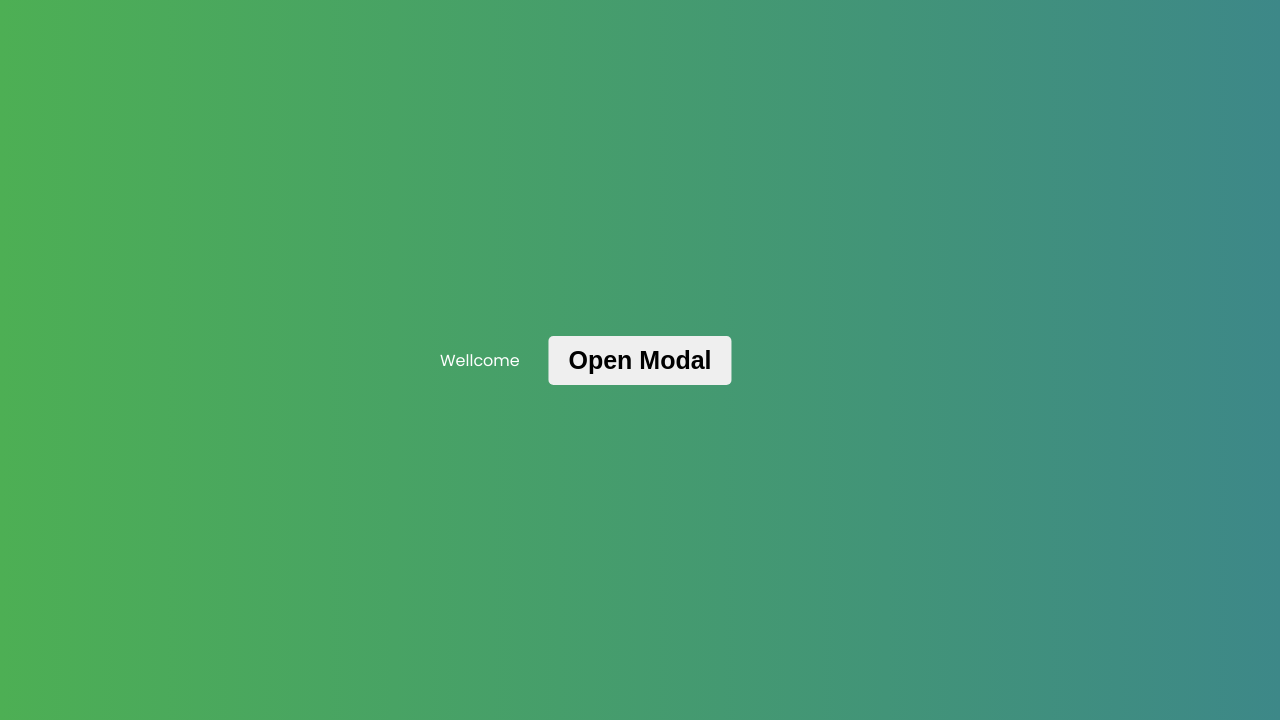
Repository: congnt98/Lean-javascript-in-project
Page: 30Days/3_Modal/index.html
These files come from the project's save history. The page is drawn as it stood at one moment and after a run of saves; the edit follows.
The browser window is 1280 px wide. The pictures show the whole page.

Above is the page before, as saved 2024-02-16 16:33:13.

### 30Days/3_Modal/index.html
<!DOCTYPE html>
<html lang="en">

<head>
    <meta charset="UTF-8">
    <meta name="viewport" content="width=device-width, initial-scale=1.0">
    <title>Product Card</title>
    <link rel="stylesheet" href="./style.css">
    <link href='https://unpkg.com/boxicons@2.1.4/css/boxicons.min.css' rel='stylesheet'>
    <link
        href="https://fonts.googleapis.com/css2?family=Poppins:ital,wght@0,100;0,200;0,300;0,400;0,500;0,600;0,700;0,800;0,900;1,100;1,200;1,300;1,400;1,500;1,600;1,700;1,800;1,900&display=swap"
        rel="stylesheet">
    <link rel="stylesheet" href="https://cdnjs.cloudflare.com/ajax/libs/font-awesome/6.5.1/css/all.min.css">
</head>

<body>
    <div class="warapper">
        <button class="btn-modal-open">
            Open Modal
        </button>
        <div class="modal">
            <div class="modal__inner">
                <div class="modal__header">Wellcome</div>
                <div class="modal__body"></div>
                <div class="modal__footer"></div>
            </div>
        </div>
    </div>
    <script src="./app.js"></script>
</body>

</html>

### 30Days/3_Modal/style.css
:root {
    --primary-color: #f2726a;
}

* {
    margin: 0;
    padding: 0;
    box-sizing: border-box;
}

body {
    min-height: 100vh;
    background: linear-gradient(to right, #4daf54, #3d8888);
    display: flex;
    justify-content: center;
    align-items: center;
    font-family: "poppins";
}

.warapper {
    max-width: 1200px;
    margin: 0 auto;
    width: 100%;
}

.btn-modal-open {
    display: inline-block;
    position: relative;
    left: 50%;
    transform: translateX(-50%);
    padding: 10px 20px;
    border-radius: 5px;
    outline: none;
    border: none;
    font-size: 25px;
    font-weight: 700;
}

.modal {
    position: fixed;
    top: 0;
    right: 0;
    bottom: 0;
    left: 0;
    background-color: rgb(0, green, blue);
}

.modal__inner {
    width: 400px;
    position: relative;
    overflow: hidden;
    top: 50%;
    left: 50%;
    transform: translate(-50%, -50%);
    color: #fff;
    z-index: 1111;
}

.modal__header {}

.modal__body {}

.modal__footer {}

Loaded but not shown: 30Days/3_Modal/app.js (no copy from this time; the picture is the same without it)

After the next 2 saves:
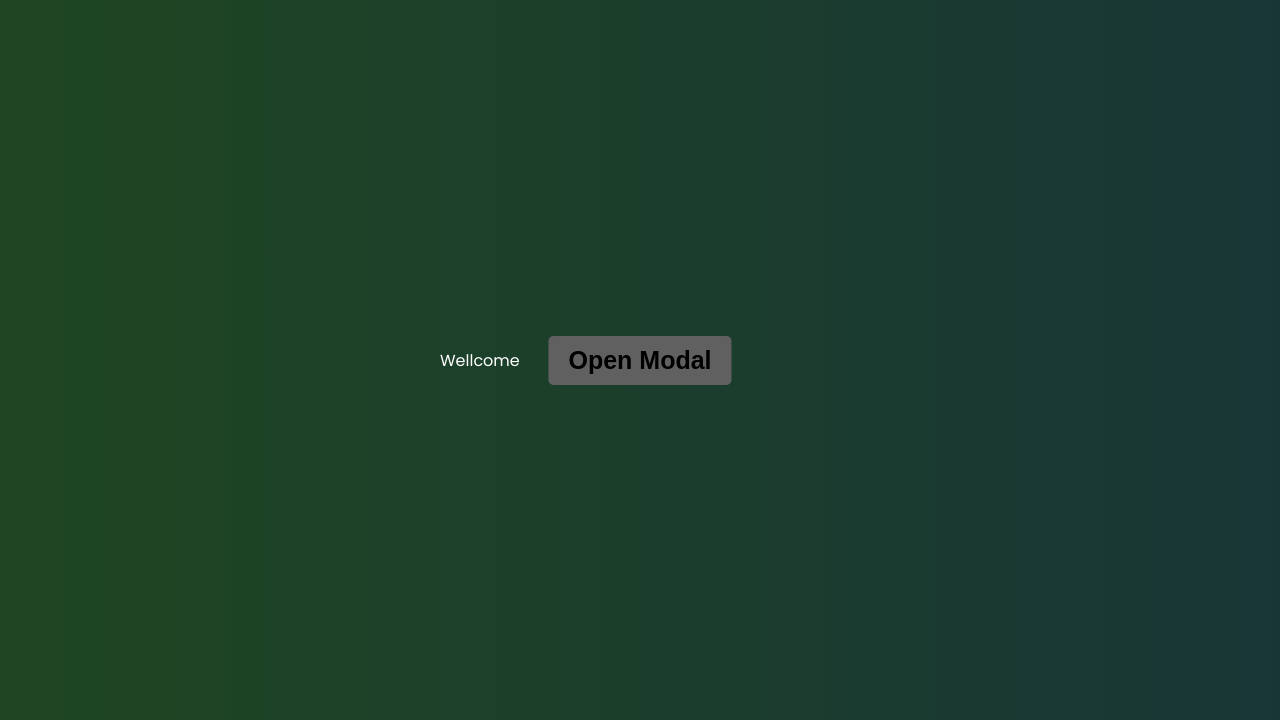
The 2 saves are shown as one change because they came seconds apart.
The last was saved 6 s later.
--- a/30Days/3_Modal/style.css
+++ b/30Days/3_Modal/style.css
@@ -42,7 +42,7 @@ body {
     right: 0;
     bottom: 0;
     left: 0;
-    background-color: rgb(0, green, blue);
+    background-color: rgb(0, 0, 0, 0.6);
 }
 
 .modal__inner {
